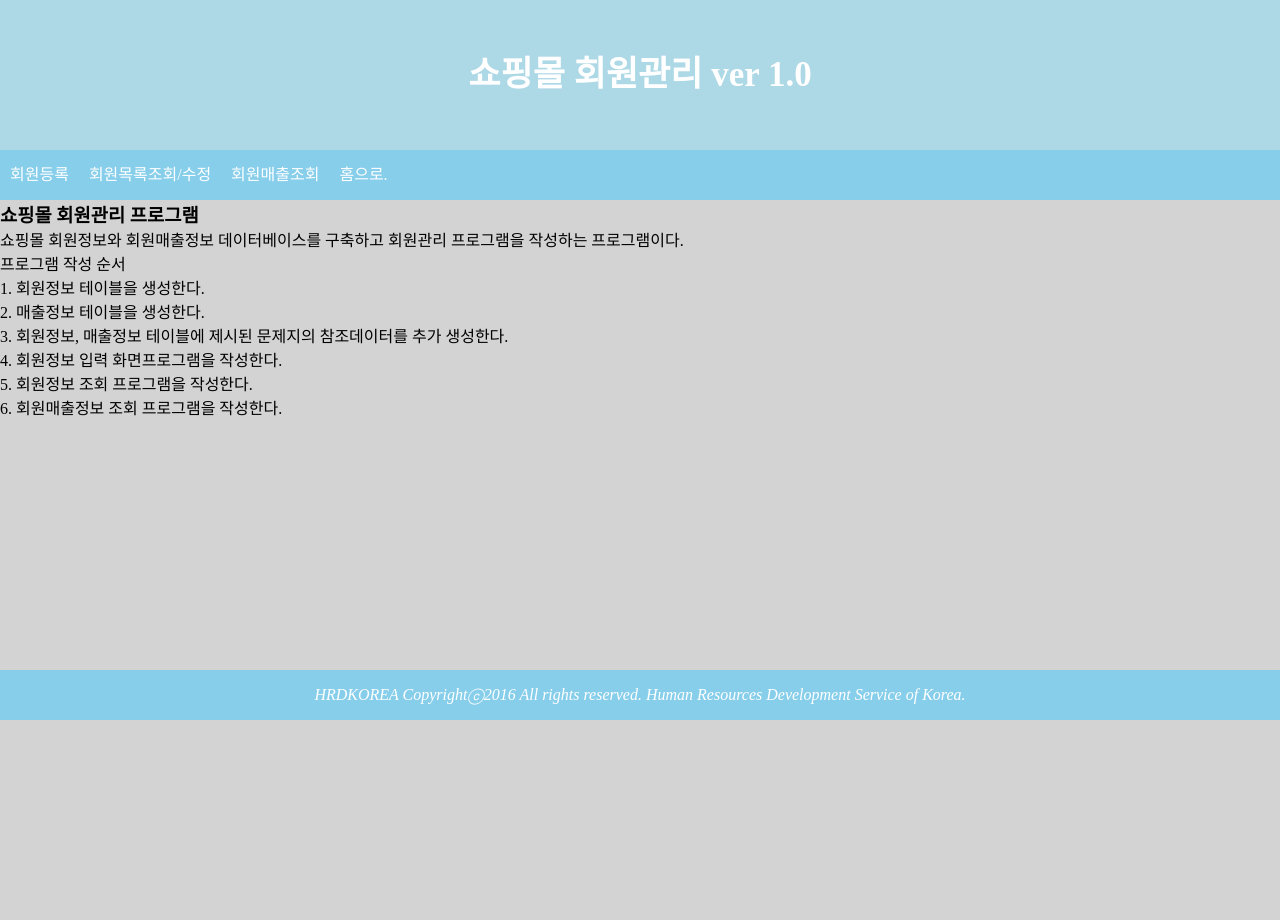
Repository: eunbiro/HRD_1234
Page: http://localhost/HRD_1234/
These files come from the project's save history. The page is drawn as it stood at one moment and after the next save; the edit follows.
The browser window is 1280 px wide. The pictures show the whole page.
The page is served by Tomcat 9. Other server files are loaded and not shown.

Above is the page before, as saved 2022-12-19 07:02:49.

### HRD_1234/src/main/webapp/index.jsp
<%@ page language="java" contentType="text/html; charset=UTF-8"
    pageEncoding="UTF-8"%>
<!DOCTYPE html>
<html>
<head>
<meta charset="UTF-8">
<title>Insert title here</title>
<link rel="stylesheet" href="style.css">
<script type="text/javascript" src="script.js"></script>
</head>
<body>
	<%@ include file="topmenu.jsp" %>
	<section>
		<h3>쇼핑몰 회원관리 프로그램</h3>
		쇼핑몰 회원정보와 회원매출정보 데이터베이스를 구축하고 회원관리 프로그램을 작성하는 프로그램이다.<br />
		프로그램 작성 순서<br />
		<ul>
			<li>1. 회원정보 테이블을 생성한다.</li>
			<li>2. 매출정보 테이블을 생성한다.</li>
			<li>3. 회원정보, 매출정보 테이블에 제시된 문제지의 참조데이터를 추가 생성한다.</li>
			<li>4. 회원정보 입력 화면프로그램을 작성한다.</li>
			<li>5. 회원정보 조회 프로그램을 작성한다.</li>
			<li>6. 회원매출정보 조회 프로그램을 작성한다.</li>
		</ul>

	</section>
	<%@ include file="footer.jsp" %>
</body>
</html>

### HRD_1234/src/main/webapp/topmenu.jsp
<%@ page language="java" contentType="text/html; charset=UTF-8"
    pageEncoding="UTF-8"%>
<!DOCTYPE html>
<html>
<head>
<meta charset="UTF-8">
<title>Insert title here</title>
</head>
<body>
	<header>쇼핑몰 회원관리 ver 1.0</header>
	<nav>
		<ul>
			<li><a href="add">회원등록</a></li>
			<li><a href="list">회원목록조회/수정</a></li>
			<li><a href="result">회원매출조회</a></li>
			<li><a href="home">홈으로.</a></li>
		</ul>
	</nav>
</body>
</html>

### HRD_1234/src/main/webapp/footer.jsp
<%@ page language="java" contentType="text/html; charset=UTF-8"
    pageEncoding="UTF-8"%>
<!DOCTYPE html>
<html>
<head>
<meta charset="UTF-8">
<title>Insert title here</title>
</head>
<body>
	<footer>
		HRDKOREA Copyrightⓒ2016 All rights reserved. Human Resources Development Service of Korea.
	</footer>
</body>
</html>

### HRD_1234/src/main/webapp/style.css
@charset "UTF-8";

* {
	margin: 0;
	padding: 0;
}

header {
	top: 0;
	height: 150px;
	line-height: 150px;
	width: 100%;
	background: lightblue;
	text-align: center;
	font-size: 35px;
	font-weight: 900;
	color: #fff;
}

nav ul {
	height: 50px;
	line-height: 50px;
	width: 100%;
	background: skyblue;
	overflow: hidden;
}

nav ul li {
	float: left;
	list-style: none;
	padding: 0 10px;
}

a {
	text-decoration: none;
	color: #fff;
}

/*
a:hover {
	cursor: pointer;
}
*/

section {
	position: absolute;
	overflow: auto;
	width: 100%;
	height: 100%;
	background: lightgray;
}

.title {
	font-size: 20px;
	font-weight: 900;
	text-align: center;
	margin: 2rem;
}

.wrapper {
	display: flex;
	justify-content: center;
	align-items: center;
	text-align: center;
}

table {
	width: 600px;
}

table, tr, td, th {
	border: 1px solid gray;
	border-collapse: collapse;
}

td input {
	float: left;
	padding: 0.3rem;
}

.btn {
	margin: 5px;
	padding: 5px 13px;
	font-size: 13px;
	letter-spacing: 3px;
	border: none;
	border-radius: 5px;
	background: lightblue;
	color: gray;
}

footer {
	position: fixed;
	bottom: 0;
	width: 100%;
	height: 50px;
	line-height: 50px;
	text-align: center;
	background: skyblue;
	color: #fff;
	font-style: italic;
}

### HRD_1234/src/main/webapp/script.js
function fn_submit() {
	var fn = document.frm;

	if (fn.custname.value == "") {			// input값이 빈값인지 체크
		alert("회원성명이 입력되지 않았습니다.");
		fn.custname.focus();				// 포커싱주기
		return false;						// 함수 끝내기
	}

	if (fn.phone.value == "") {				// input값이 빈값인지 체크
		alert("회원전화가 입력되지 않았습니다.");
		fn.phone.focus();					// 포커싱주기
		return false;						// 함수 끝내기
	}

	if (fn.address.value == "") {			// input값이 빈값인지 체크
		alert("회원주소가 입력되지 않았습니다.");
		fn.address.focus();					// 포커싱주기
		return false;						// 함수 끝내기
	}

	if (fn.joindate.value == "") {			// input값이 빈값인지 체크
		alert("가입일자가 입력되지 않았습니다.");
		fn.joindate.focus();				// 포커싱주기
		return false;						// 함수 끝내기
	}

	if (fn.grade.value == "") {				// input값이 빈값인지 체크
		alert("고객등급이 입력되지 않았습니다.");
		fn.grade.focus();					// 포커싱주기
		return false;						// 함수 끝내기
	}

	if (fn.city.value == "") {				// input값이 빈값인지 체크
		alert("도시코드가 입력되지 않았습니다.");
		fn.city.focus();					// 포커싱주기
		return false;						// 함수 끝내기
	}

	fn.submit();							// 컨트롤러에 전송
}

After the next save:
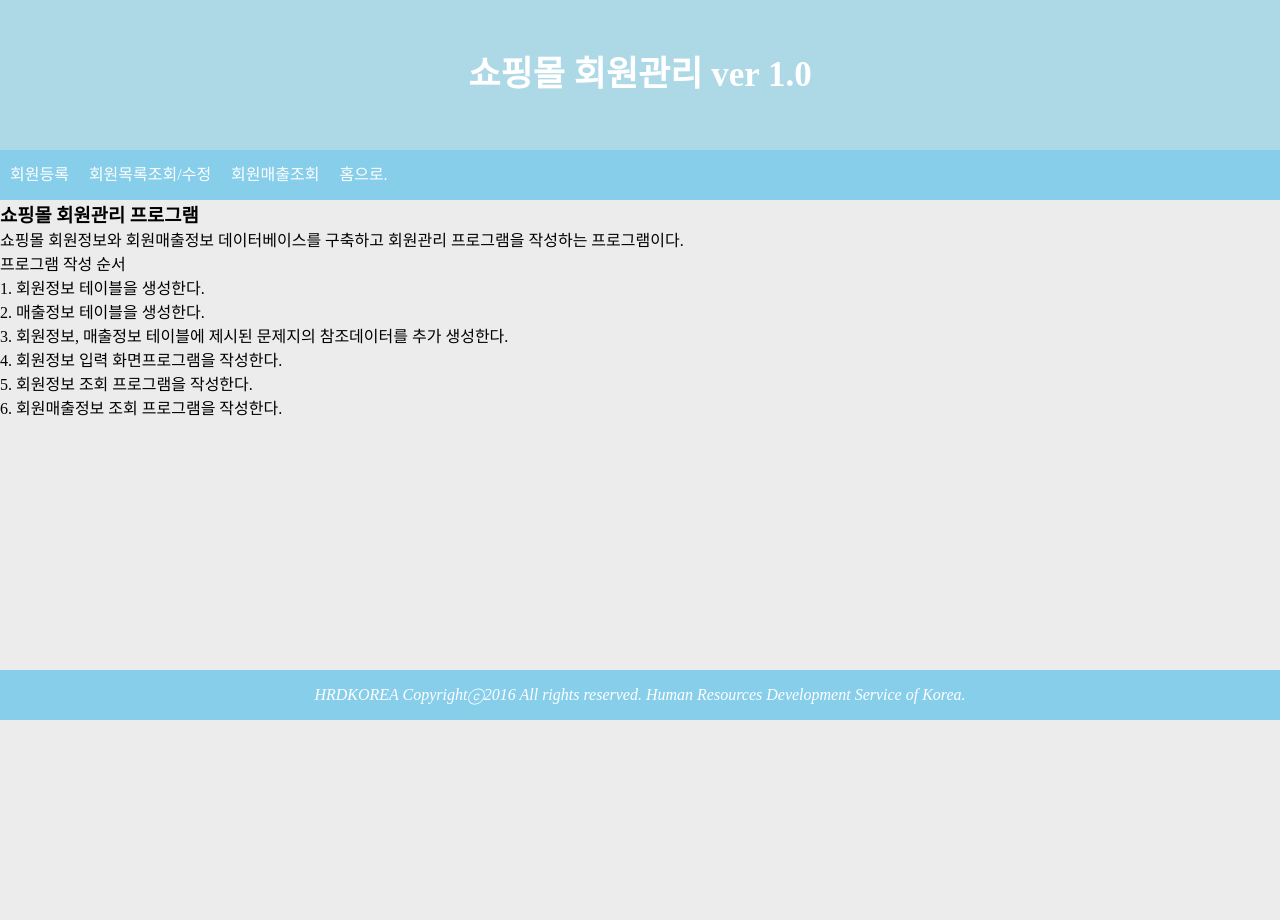
Saved 80 s later.
--- a/HRD_1234/src/main/webapp/style.css
+++ b/HRD_1234/src/main/webapp/style.css
@@ -47,7 +47,7 @@ section {
 	overflow: auto;
 	width: 100%;
 	height: 100%;
-	background: lightgray;
+	background: #ececec;
 }
 
 .title {
